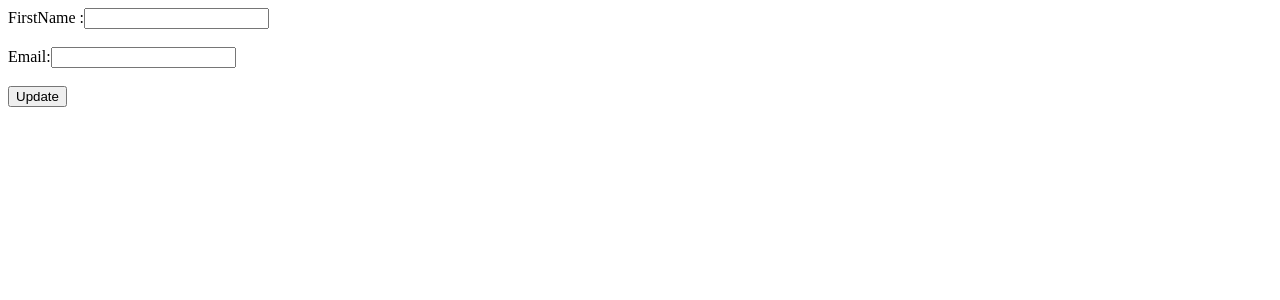
Repository: shzkhar/ISM_ADV_JAVA_23
Page: http://localhost/Adv_Java_Crud/Edituser.jsp
An editor plug-in stored every save of this project. The page is shown before and after the next save, followed by the edit.
The browser window is 1280 px wide. The pictures show the whole page.
The page is served by Tomcat 9. Other server files are loaded and not shown.

Above is the page before, as saved 2023-04-05 12:08:31.

### Adv_Java_Crud/src/main/webapp/Edituser.jsp
<%@ page language="java" contentType="text/html; charset=ISO-8859-1"
    pageEncoding="ISO-8859-1"%>
<!DOCTYPE html>
<html>
<head>
<meta charset="ISO-8859-1">
<title>Insert title here</title>
</head>
<body>
   <form action="EditUserController" method="post">

		  <input type="hidden" name="userId" value="${param.id}"/>

		  FirstName :<input type="text" name="name" value="${user.email}" /> <br> <br>
		  Email:<input type="text" name="email" value="${user.email}" /> <br> <br>

		  <input type="submit" value="Update" />
	</form>
</body>
</html>

After the next save:
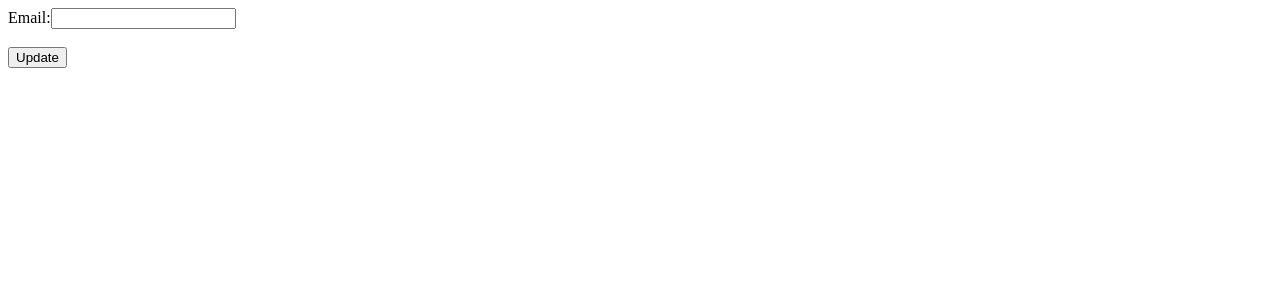
Saved 100 s later.
--- a/Adv_Java_Crud/src/main/webapp/Edituser.jsp
+++ b/Adv_Java_Crud/src/main/webapp/Edituser.jsp
@@ -11,7 +11,7 @@
 
 		  <input type="hidden" name="userId" value="${param.id}"/>
 
-		  FirstName :<input type="text" name="name" value="${user.email}" /> <br> <br>
+<%-- 		  FirstName :<input type="text" name="name" value="${user.email}" /> <br> <br>  --%>
 		  Email:<input type="text" name="email" value="${user.email}" /> <br> <br>
 
 		  <input type="submit" value="Update" />
